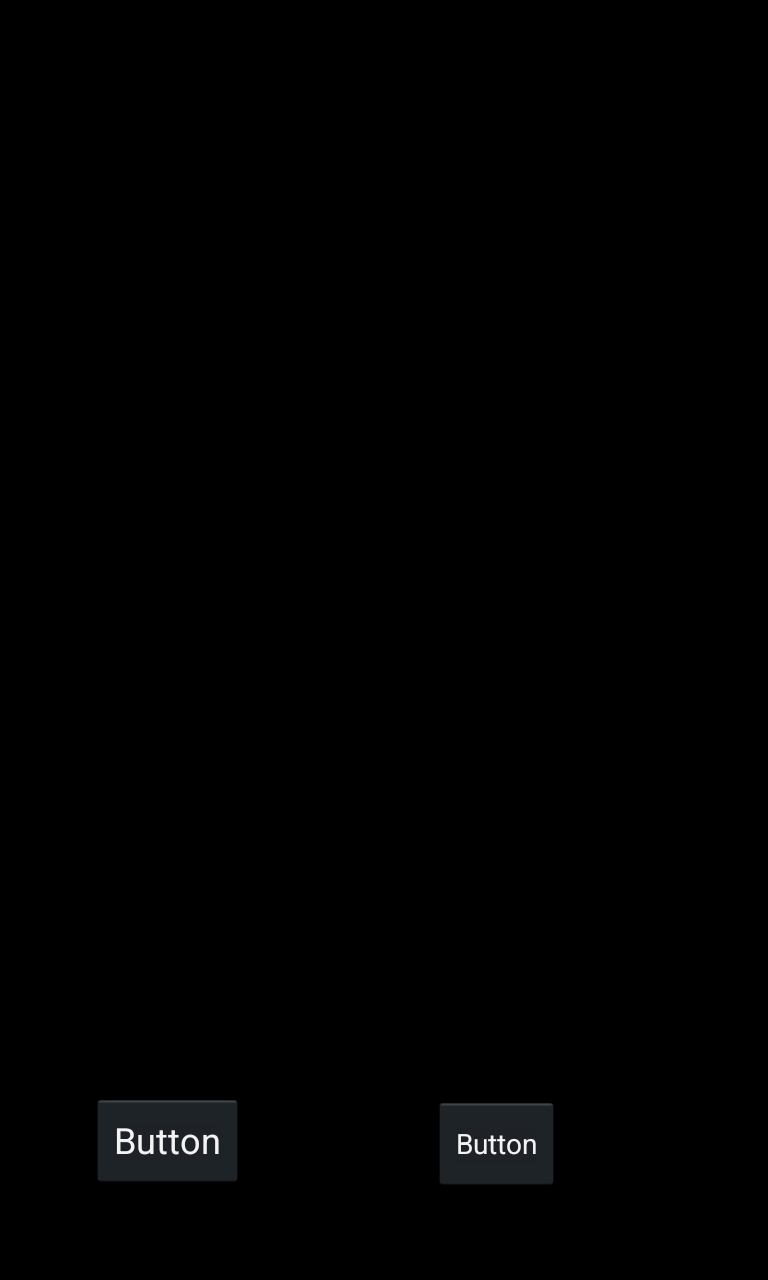
Repository: sbobhate/Android-Applications
Layout: Orient/res/layout/activity_fragment1.xml
These files come from the project's save history. The layout is drawn as it stood at one moment and after the next save; the edit follows.
It is drawn on a 768 x 1280 px phone screen (xhdpi) without system bars, with theme AppTheme; the app's code is not run.

Above is the layout before, as saved 2014-02-19 07:17:51.

After the next save:
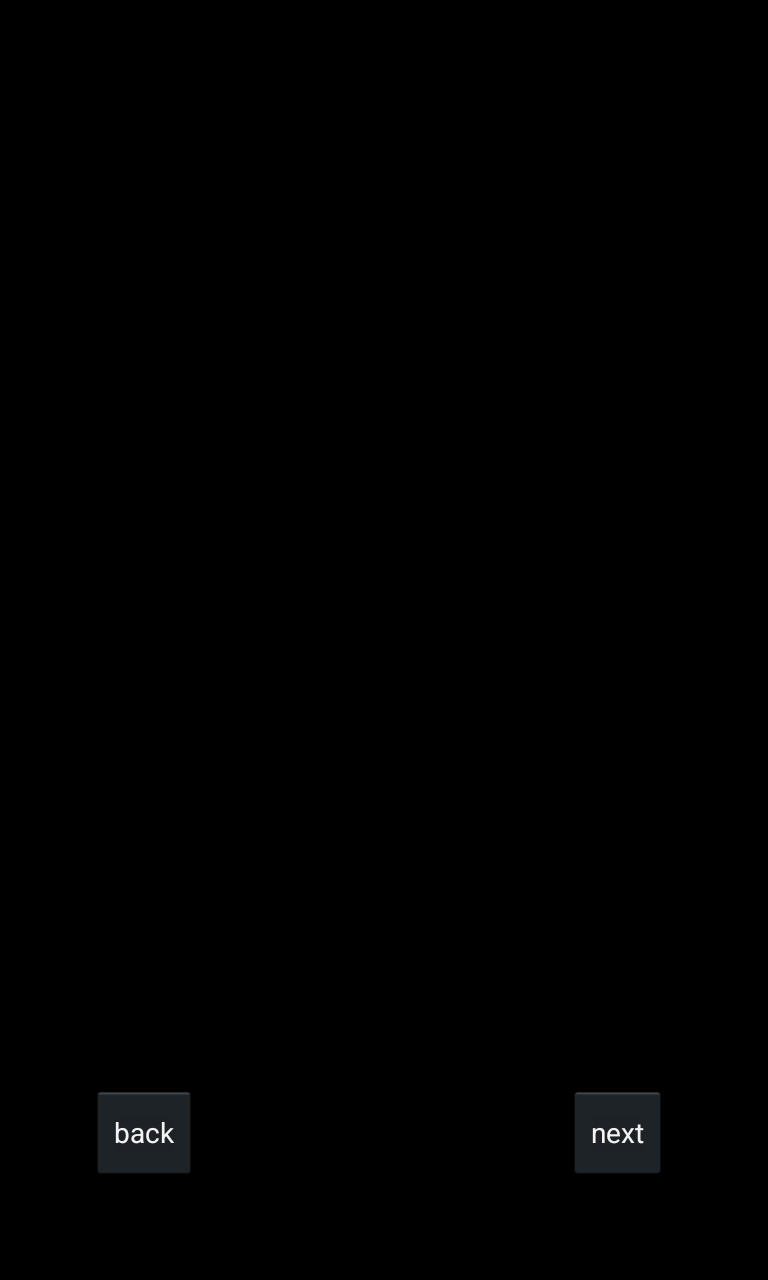
Saved 42 s later.
--- a/Orient/res/layout/activity_fragment1.xml
+++ b/Orient/res/layout/activity_fragment1.xml
@@ -19,13 +19,14 @@
 
     <Button
         android:id="@+id/button1"
+        style="?android:attr/buttonStyleSmall"
         android:layout_width="wrap_content"
         android:layout_height="wrap_content"
         android:layout_alignParentBottom="true"
         android:layout_alignParentLeft="true"
-        android:layout_marginBottom="30dp"
+        android:layout_marginBottom="34dp"
         android:layout_marginLeft="29dp"
-        android:text="Button" />
+        android:text="back" />
 
     <Button
         android:id="@+id/button2"
@@ -34,8 +35,8 @@
         android:layout_height="wrap_content"
         android:layout_alignBaseline="@+id/button1"
         android:layout_alignBottom="@+id/button1"
-        android:layout_marginLeft="24dp"
-        android:layout_toRightOf="@+id/textView"
-        android:text="Button" />
+        android:layout_alignParentRight="true"
+        android:layout_marginRight="34dp"
+        android:text="next" />
 
 </RelativeLayout>
